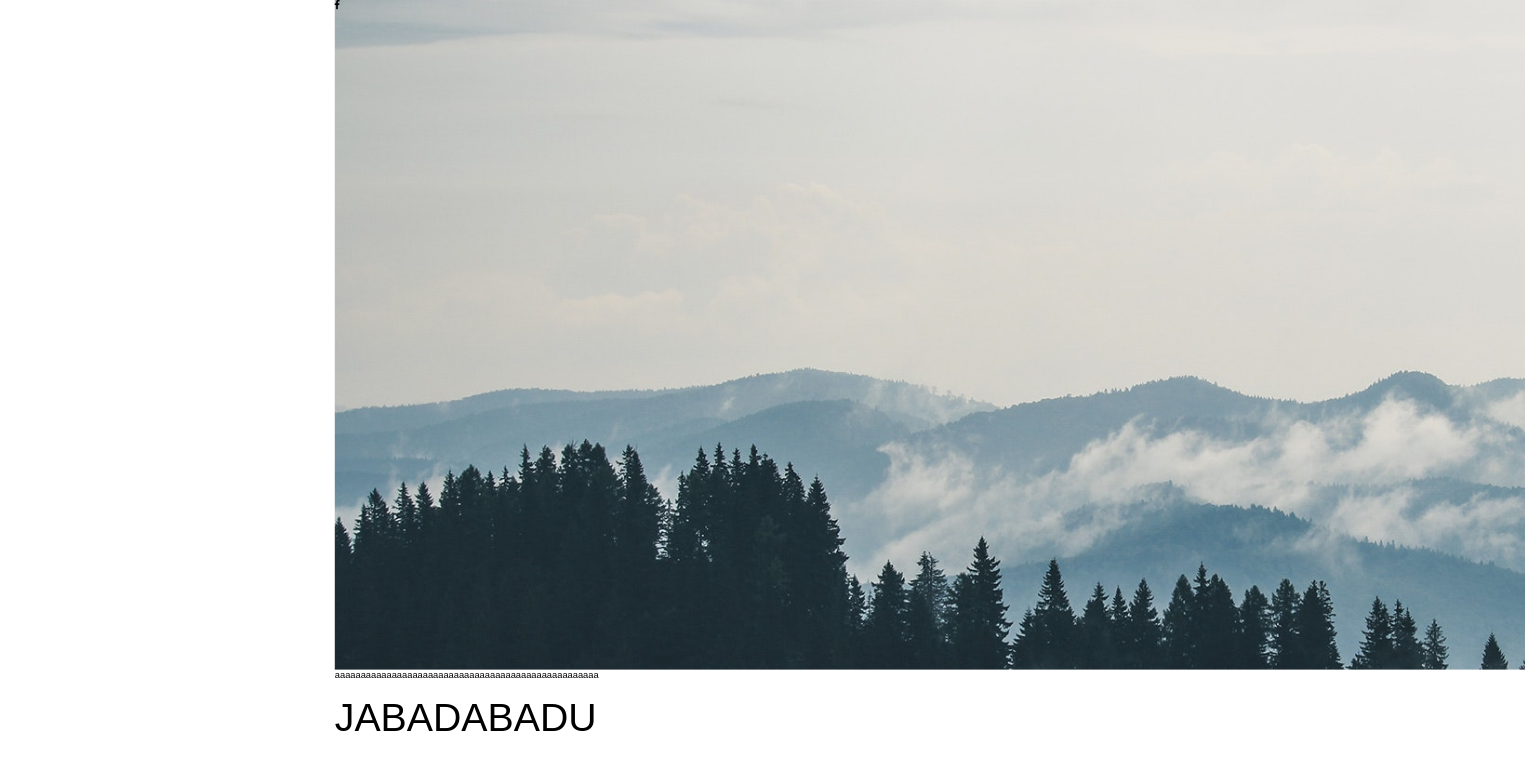
Repository: Maxs777/wizytowka
Page: index.html
The author's editor kept a copy of each file at every save. The page is drawn from the files as they stood at one save, then again after the next save.
The browser window is 1280 px wide. The page is 1640 px wide, then 1280 px, so the pictures cover 1640 px, including what lies to the right of the window. The pictures show the whole page, at 93% of full size.

Above is the page before, as saved 2019-03-06 20:48:42.

After the next save:
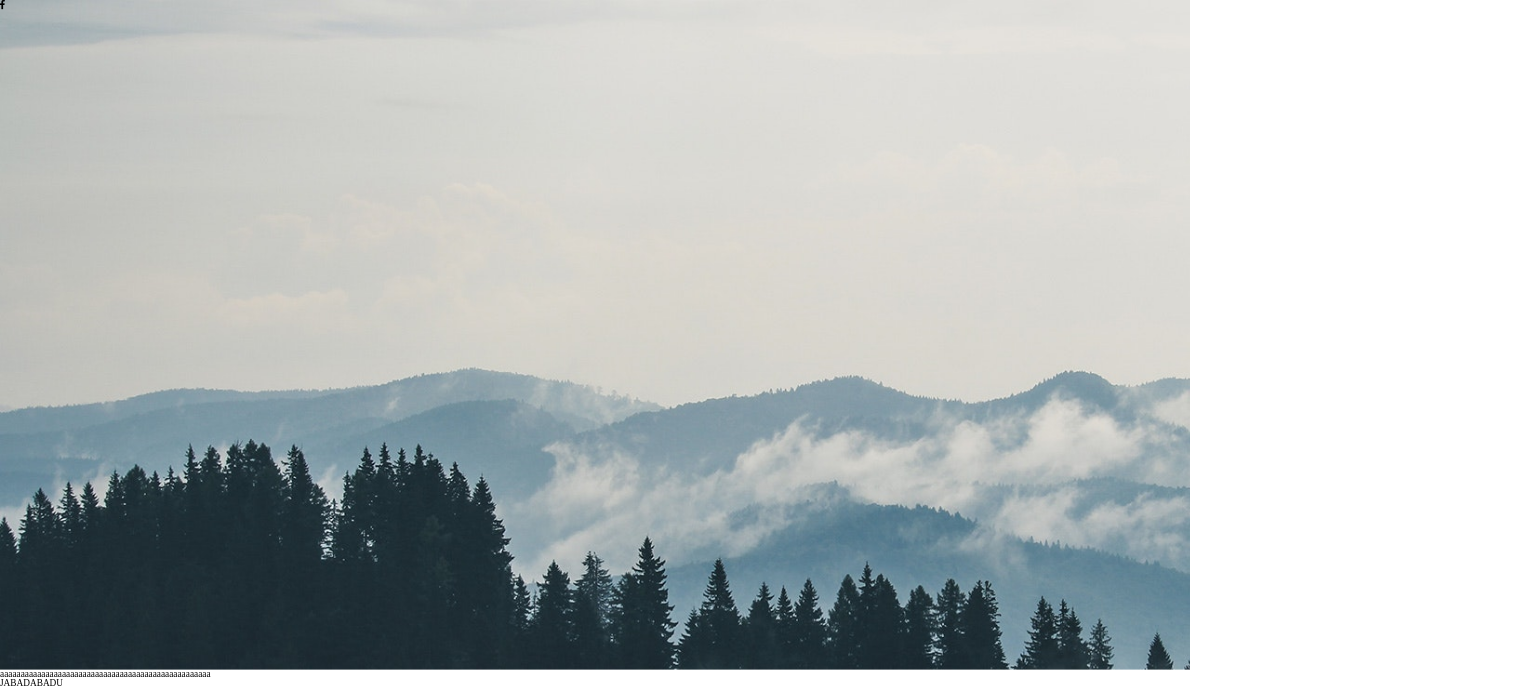
Saved 34 s later.
--- a/_css/style.css
+++ b/_css/style.css
@@ -1,5 +1,4 @@
 @import url('reset.css');
-@import url('gridlover.css');
 
 :root{
     /* -----------------------------fonts */
